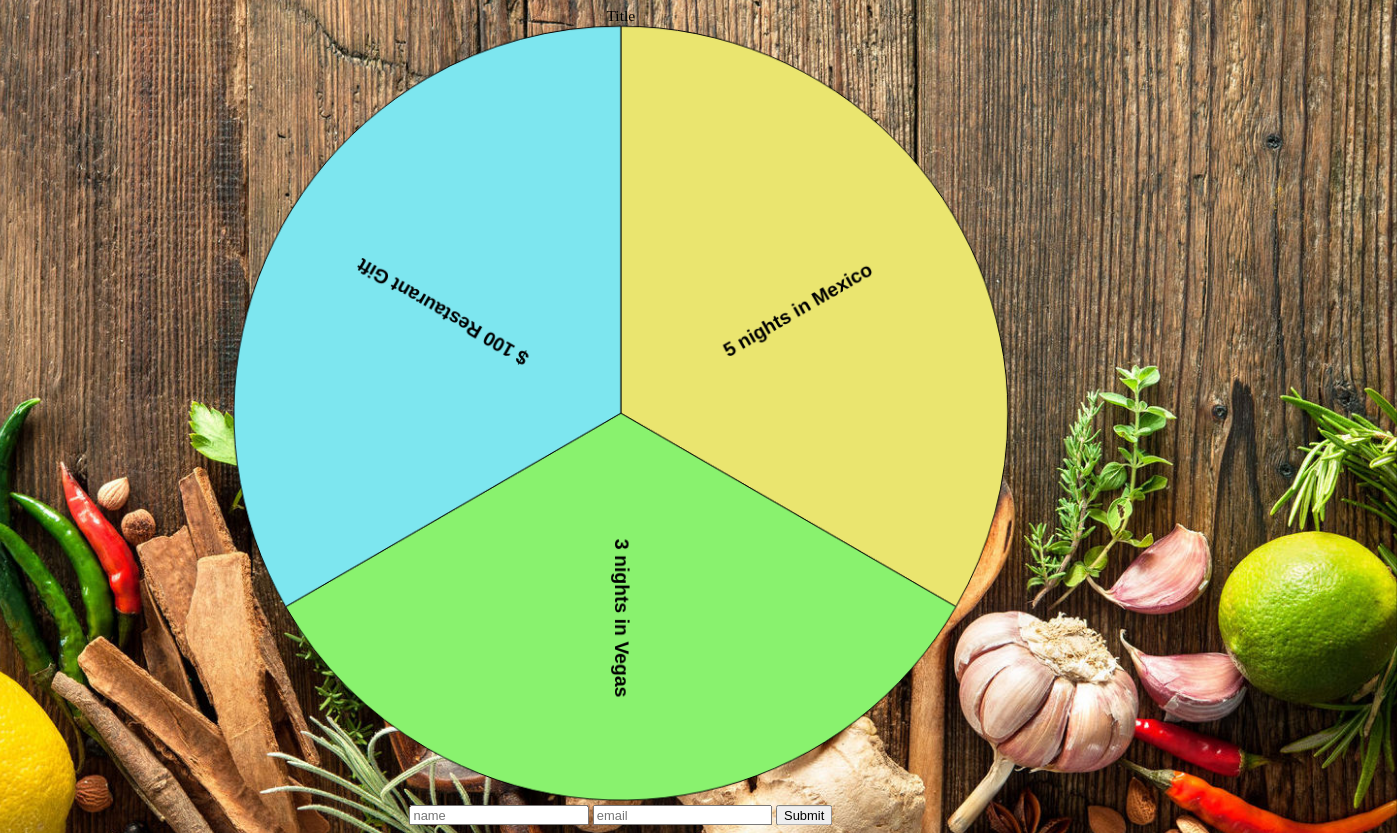
Repository: 43320888/upwork
Page: index.html
An editor plug-in stored every save of this project. The page is shown before and after the next save, followed by the edit.
The browser window is 1280 px wide. The page is 1440 px wide, so the pictures cover 1440 px, including what lies to the right of the window. The pictures show the whole page, at 97% of full size.

Above is the page before, as saved 2019-01-16 20:21:11.

### index.html
<!DOCTYPE html>
<html lang="en">
<head>
	<meta charset="UTF-8">
	<meta name="viewport" content="width=device-width, initial-scale=1.0">
	<meta http-equiv="X-UA-Compatible" content="ie=edge">
	<link rel="stylesheet" href="style.css">
	<script src="Winwheel.min.js"></script>
	<title>Spin wheel</title>
</head>
<body class="spin-table">
	<div>
		<span>Title</span>
		<canvas id="canvas3" width="800" height="800"></canvas>
		<script src="script.js"></script>
		<input type="text" placeholder="name">
		<input type="text" placeholder="email">
		<input type="submit" placeholder="submit">
	</div>
</body>
</html>

### style.css
.spin-table {
	height: 100%;
	background: #000;
	background-image: url(images/Covers.jpg);
	background-position: center;
}
.spin-table > div {
	margin-left: 50%;
	transform: translateX(-50%);
}
.spin-table > div {
	text-align: center;
	display: inline-block;
}

### script.js
/* eslint-disable quote-props */
// eslint-disable-next-line no-unused-vars, no-undef
const theWheel3 = new Winwheel({
	'canvasId': 'canvas3',
	'numSegments': 3,
	'segments': [
		{ 'fillStyle': '#eae56f', 'text': '5 nights in Mexico' },
		{ 'fillStyle': '#89f26e', 'text': '3 nights in Vegas' },
		{ 'fillStyle': '#7de6ef', 'text': '$ 100 Restaurant Gift' },
	],
});

Loaded but not shown: Winwheel.min.js (library)

After the next save:
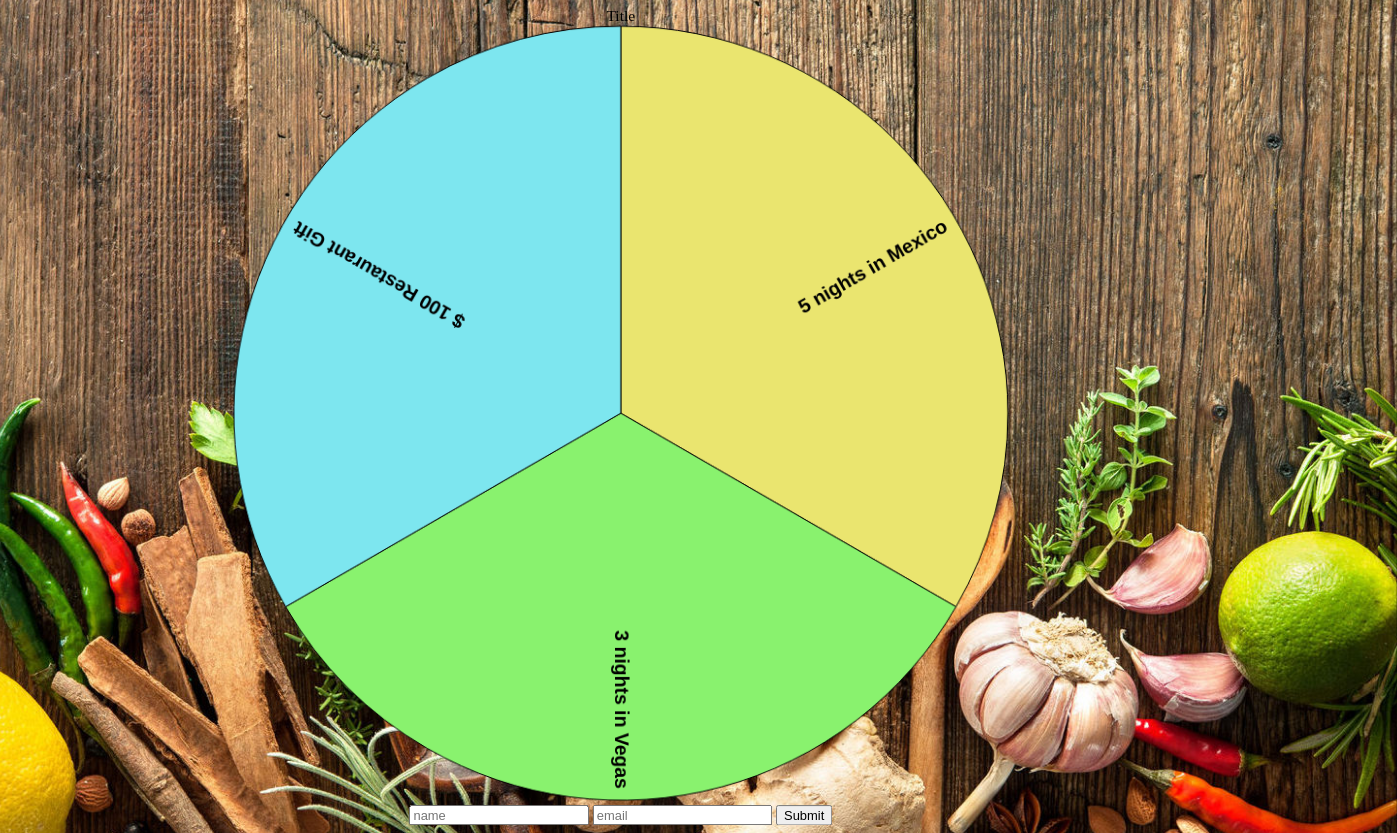
Saved 3 min 49 s later.
--- a/script.js
+++ b/script.js
@@ -3,6 +3,7 @@
 const theWheel3 = new Winwheel({
 	'canvasId': 'canvas3',
 	'numSegments': 3,
+	'textAlignment': 'outer',
 	'segments': [
 		{ 'fillStyle': '#eae56f', 'text': '5 nights in Mexico' },
 		{ 'fillStyle': '#89f26e', 'text': '3 nights in Vegas' },
